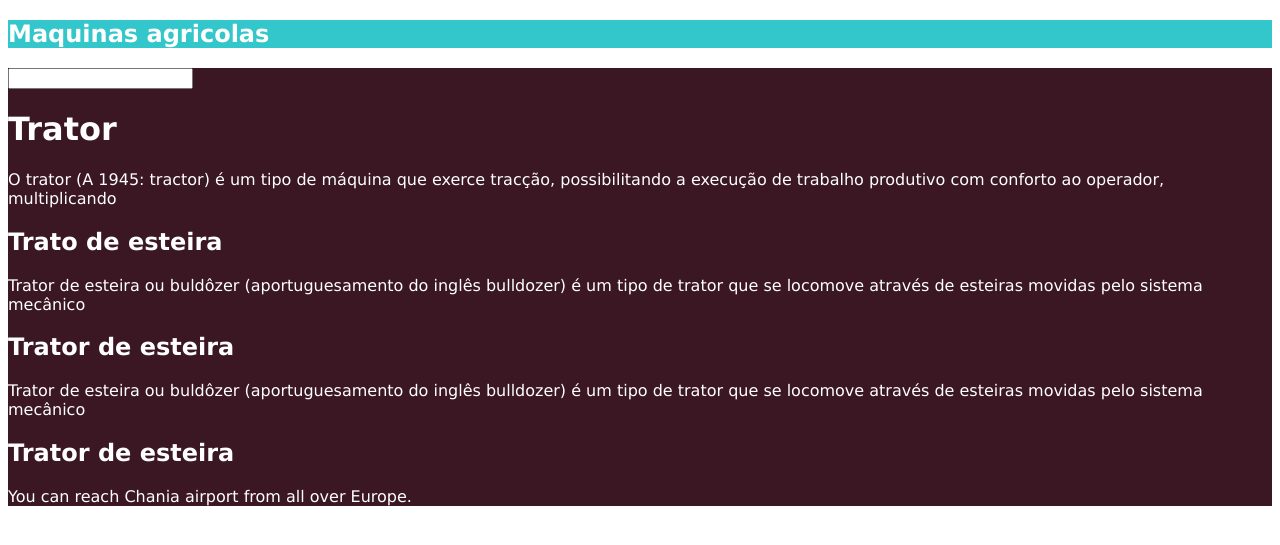
Repository: ecrseer/pesquisa-carros-html
Page: news.html
The author's editor kept a copy of each file at every save. The page is drawn from the files as they stood at one save, then again after the next save.
The browser window is 1280 px wide. The pictures show the whole page.

Above is the page before, as saved 2022-01-21 16:19:05.
Console error: TypeError: Cannot read properties of undefined (reading 'fn')

### news.html
<!doctype html>

<html lang="pt-br">
  <html lang="pt-br">
    <head>
        <meta charset="UTF-8"/>
        <meta name="viewport" content="width=device-width,
        initial-scale=1.0"/>
        <meta http-equiv="X-UA-Compatible" content="ie=edge">
        <title>Vendarro LTDA</title>

  <link rel="stylesheet" href="news.css">

</head>

<body>
    <nav class="header">
        <h1>Maquinas agricolas</h1>

      </nav>

      <div class ="resto">
      <div class="row">

        <input type="text" name="a" class="entr" id="entro">

        <div class="col-6 col-s-9">
          <h1>Trator</h1>
          <p>O trator (A 1945: tractor) é um tipo de máquina que exerce tracção, possibilitando a execução de trabalho produtivo com conforto ao operador, multiplicando </p>
        </div>

        <div class="col-3 col-s-12">
          <div class="aside">
            <h2>Trato de esteira</h2>
            <p>Trator de esteira ou buldôzer (aportuguesamento do inglês bulldozer) é um tipo de trator que se locomove através de esteiras movidas pelo sistema mecânico</p>
            <h2>Trator de esteira</h2>
            <p>Trator de esteira ou buldôzer (aportuguesamento do inglês bulldozer) é um tipo de trator que se locomove através de esteiras movidas pelo sistema mecânico</p>
            <h2>Trator de esteira</h2>
            <p>You can reach Chania airport from all over Europe.</p>

          </div>
        </div>

      </div>


    </div>
  <script src="scripts.js"></script>
<script src="https://maxcdn.bootstrapcdn.com/bootstrap/4.0.0/js/bootstrap.min.js" integrity="sha384-JZR6Spejh4U02d8jOt6vLEHfe/JQGiRRSQQxSfFWpi1MquVdAyjUar5+76PVCmYl" crossorigin="anonymous"></script>

</body>
</html>

### news.css
* {
    box-sizing: border-box;
    color:white;
  }

  html {
    font-family: "Lucida Sans", sans-serif;
  }





  .header {
    background-color: #33c7cc;
    position: sticky;
    z-index: 2;
    width: 100%;
    max-height: 21vh;
  }
  .resto{
      background-color: #3a1722;

  }

### scripts.js
function recurs(nmbr){

    if (nmbr==1)
    return 1;
    else
    arr.push(3*recurs(nmbr-1));
}

let
    isWhite = false,
    arr=[];
    let
    fixo=new Array(5);

    fixo[0]='E';
    fixo[4]='S';
    console.log(fixo);


function changeTheme(){
    isWhite ? document.querySelector("body").style.backgroundColor='#010101' :
    document.querySelector("body").style.backgroundColor='#fff';

    isWhite= !isWhite;

    function hapn(){
        console.log('data');
    }

    console.log(arr);
}

After the next save:
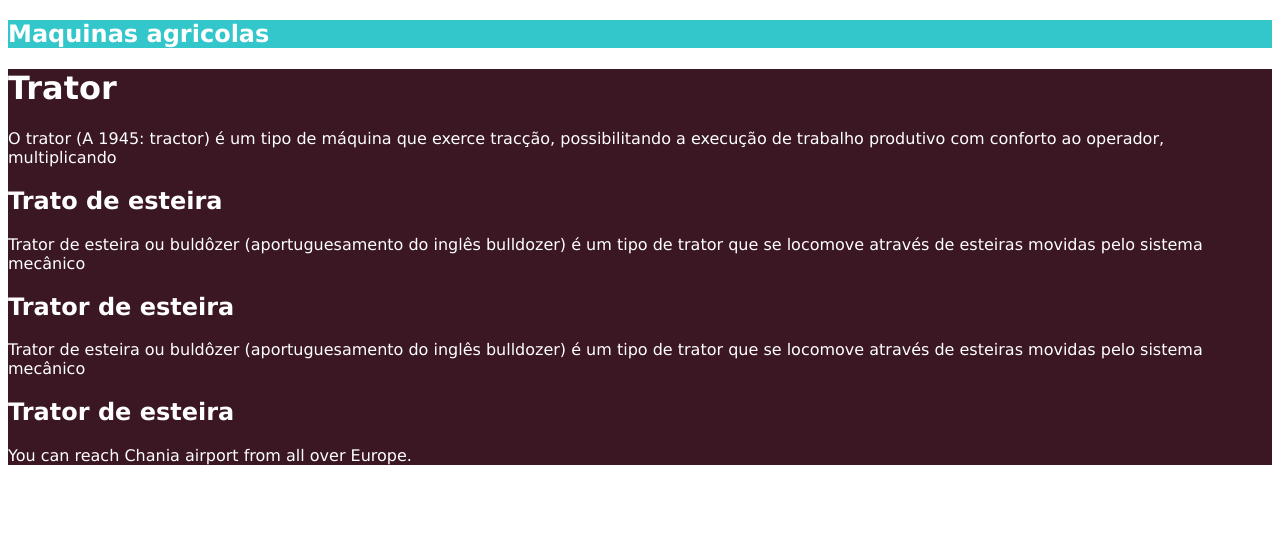
Saved 2 s later.
--- a/news.html
+++ b/news.html
@@ -22,7 +22,6 @@
       <div class ="resto">
       <div class="row">
 
-        <input type="text" name="a" class="entr" id="entro">
 
         <div class="col-6 col-s-9">
           <h1>Trator</h1>
